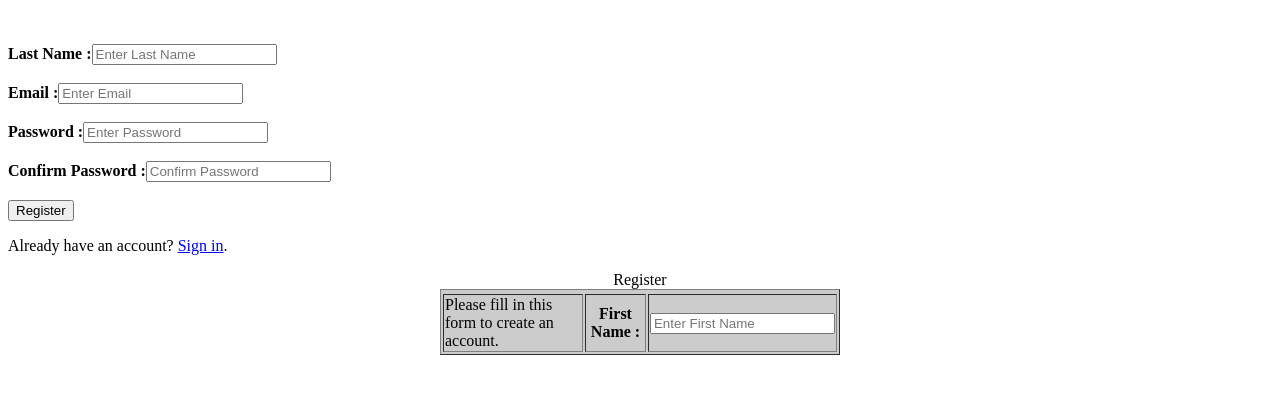
Repository: 1919satya/Mode2
Page: sample/sample/WebContent/sample.html
These files come from the project's save history. The page is drawn as it stood at one moment and after the next save; the edit follows.
The browser window is 1280 px wide. The pictures show the whole page.

Above is the page before, as saved 2019-10-09 10:04:19.

### sample/sample/WebContent/sample.html
<!DOCTYPE html>
<html>
<head>
<meta charset="ISO-8859-1">
<title>Insert title here</title>
</head>
<body>

<form >
<div class="container">
<table border="1" align="center" width="400" bgcolor="#CCCCCC" >

  <tr>
    <caption>Register</caption>
    <td>Please fill in this form to create an account.</td>

    <th>First Name :</th>
   <td><input type="text" placeholder="Enter First Name" name="firstName"  required></td><br/><br/>
    <b>Last Name :</b>
    <input type="text" placeholder="Enter Last Name" name="lastName" required> <br/><br/>
    <b>Email :</b>
    <input type="text" placeholder="Enter Email" name="email" required> <br/><br/>

    <b>Password :</b>
    <input type="password" placeholder="Enter Password" name="psw" required> <br/><br/>

    <b>Confirm Password :</b>
    <input type="password" placeholder="Confirm Password" name="psw-repeat" required> <br/><br/>

    <button type="submit" class="registerbtn">Register</button>
  </div>

  <div class="container signin">
    <p>Already have an account? <a href="#">Sign in</a>.</p>
  </div>
</form>
</table>
</body>
</html>

After the next save:
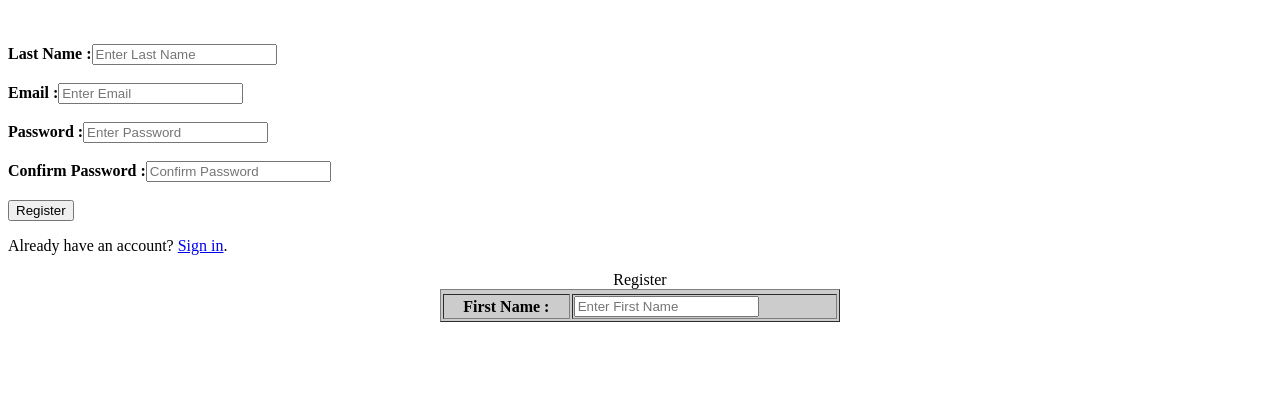
Saved 37 s later.
--- a/sample/sample/WebContent/sample.html
+++ b/sample/sample/WebContent/sample.html
@@ -12,8 +12,6 @@
 
   <tr>
     <caption>Register</caption>
-    <td>Please fill in this form to create an account.</td>
-
     <th>First Name :</th>
    <td><input type="text" placeholder="Enter First Name" name="firstName"  required></td><br/><br/>
     <b>Last Name :</b>
